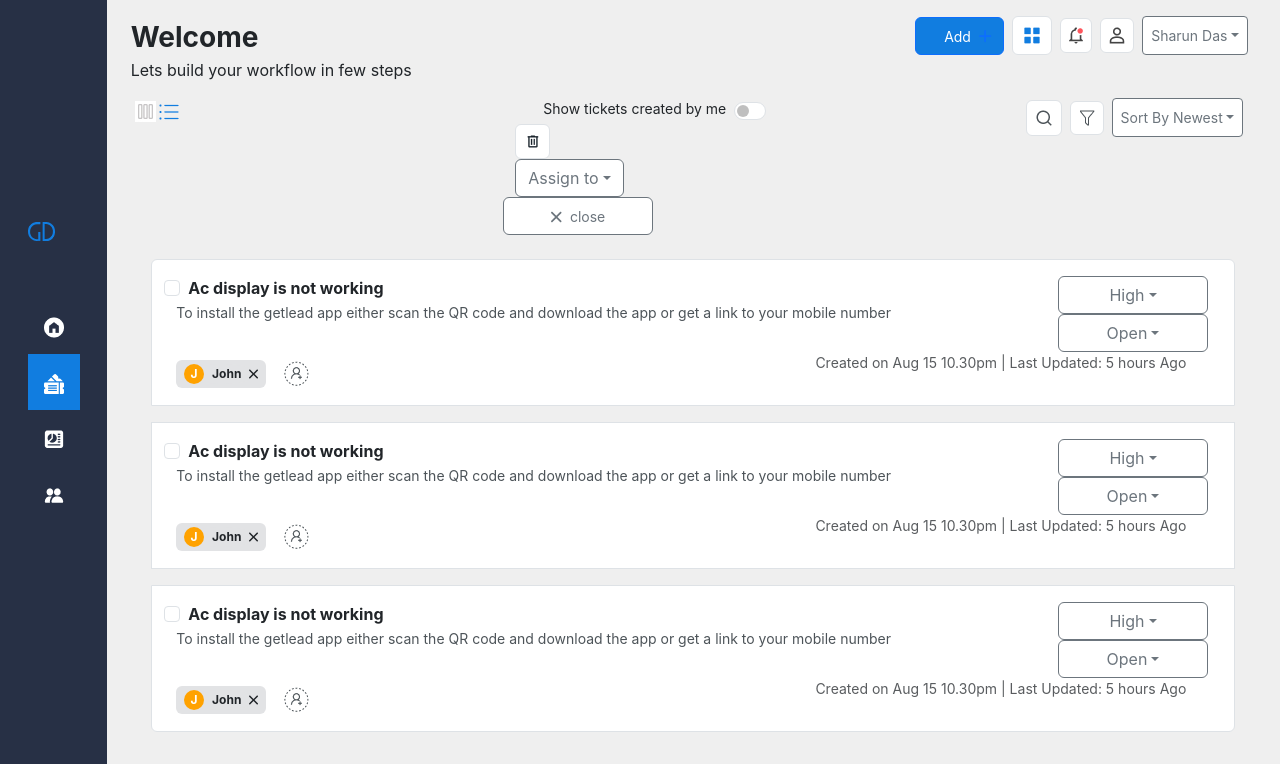
Repository: rishikarajeev/GL_HelpDesk
Page: /
An editor plug-in stored every save of this project. The page is shown before and after a run of saves, followed by the edit.
The browser window is 1280 px wide. The pictures show the whole page.
The project was rebuilt for these pictures with package versions that can differ from the ones it lists, and the page was loaded fresh each time. Also part of the build but not shown: src/App.css, src/Pages/HomePage.jsx.

Above is the page before, as saved 2024-01-11 14:34:54.

After the next 2 saves:
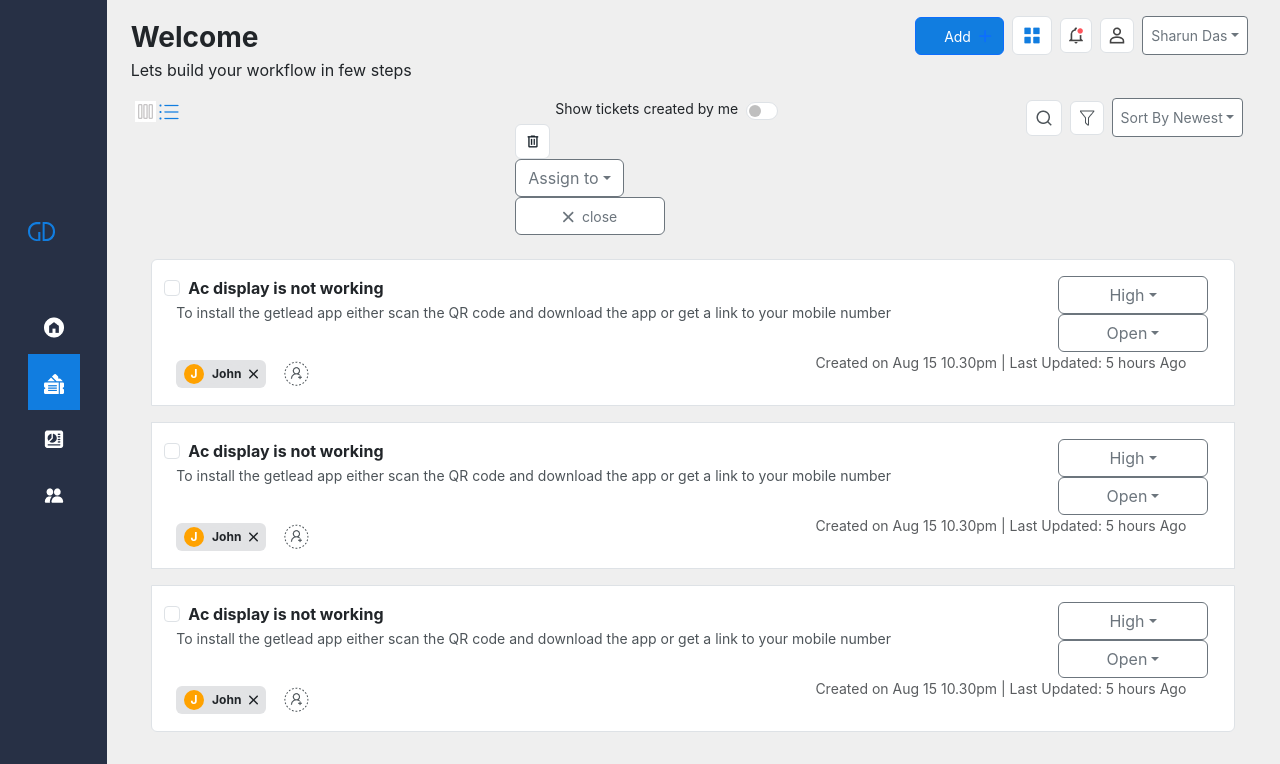
The 2 saves are shown as one change because 1 did not build or start.
The last was saved 39 s later.
--- a/src/Pages/ViewTickets.jsx
+++ b/src/Pages/ViewTickets.jsx
@@ -30,7 +30,7 @@ function ViewTickets() {
         </Col>
 
         <Col xs={4}>
-          <Row>
+
 
             <div class="form-check form-switch ms-0 d-flex align-items-start">
             <label
@@ -75,7 +75,7 @@ function ViewTickets() {
               <span className="small ms-2">close</span>
             </Button>
 
-          </Row>
+
         </Col>
         <Col xs={4} className="text-end d-none d-lg-block">
           <img
